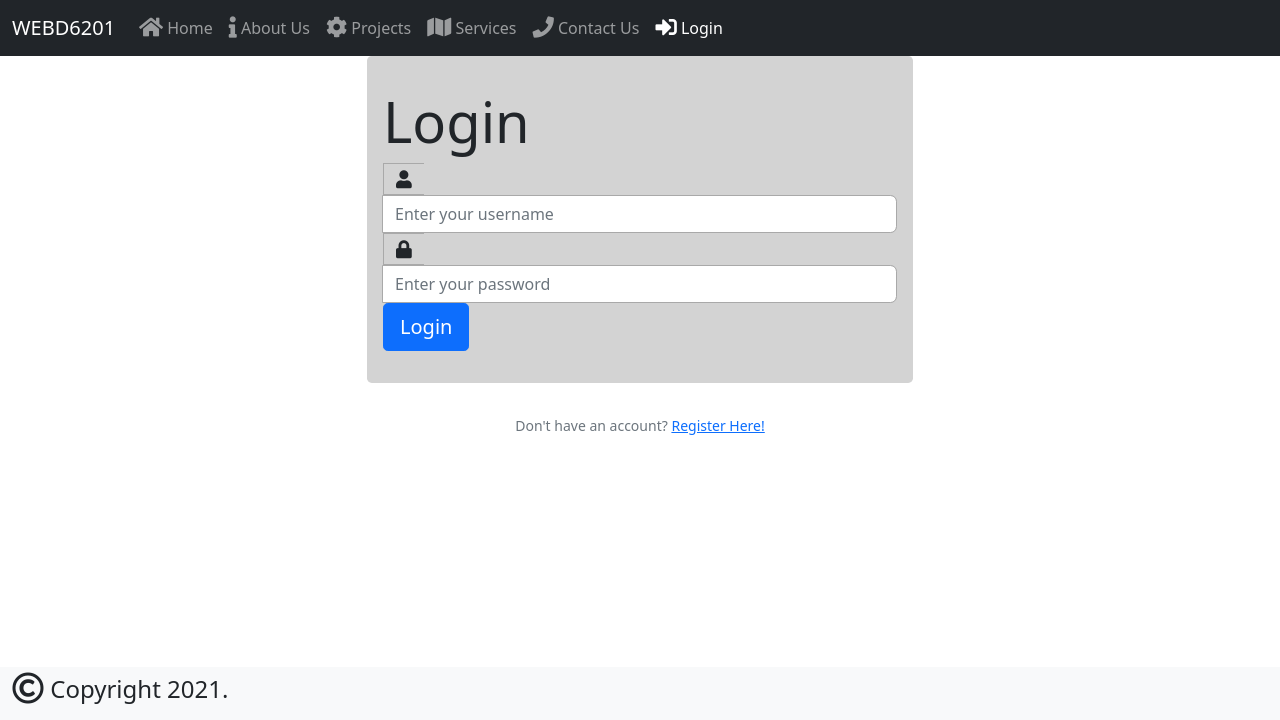
Repository: GarlicButterBoy/WEBD6201-ICE05
Page: login.html
The author's editor kept a copy of each file at every save. The page is drawn from the files as they stood at one save, then again after the next save.
The browser window is 1280 px wide. The pictures show the whole page.

Above is the page before, as saved 2021-02-17 09:38:49.

### login.html
<!DOCTYPE html>
<html lang="en">
<head>
    <meta charset="UTF-8">
    <meta name="viewport" content="width=device-width, initial-scale=1.0">
    <title>Login</title>
    <!-- CSS Section -->
    <link rel="stylesheet" href="./node_modules/bootstrap/dist/css/bootstrap.min.css">
    <link rel="stylesheet" href="./node_modules/@fortawesome/fontawesome-free/css/all.min.css">
    <link rel="stylesheet" href="./Content/app.css">
</head>
<body>
    <!-- Main Header -->
    <header>
        <!-- Main Navigation -->
        <nav class="navbar navbar-expand-lg navbar-dark bg-dark">
            <div class="container-fluid">
              <a class="navbar-brand" href="index.html">WEBD6201</a>
              <button class="navbar-toggler" type="button" data-bs-toggle="collapse" data-bs-target="#navbarSupportedContent" aria-controls="navbarSupportedContent" aria-expanded="false" aria-label="Toggle navigation">
                <span class="navbar-toggler-icon"></span>
              </button>
              <div class="collapse navbar-collapse" id="navbarSupportedContent">
                <ul class="navbar-nav me-auto mb-2 mb-lg-0">
                  <li class="nav-item">
                    <a class="nav-link" aria-current="page" href="index.html"><i class="fas fa-home fa-lg"></i> Home</a>
                  </li>

                  <li class="nav-item">
                    <a class="nav-link" aria-current="page" href="about.html"><i class="fas fa-info fa-lg"></i> About Us</a>
                  </li>

                  <li class="nav-item">
                    <a class="nav-link" aria-current="page" href="projects.html"><i class="fas fa-cog fa-lg"></i> Projects</a>
                  </li>

                  <li class="nav-item">
                    <a class="nav-link" aria-current="page" href="services.html"><i class="fas fa-map fa-lg"></i> Services</a>
                  </li>

                  <li class="nav-item">
                    <a class="nav-link" aria-current="page" href="contact.html"><i class="fas fa-phone fa-lg"></i> Contact Us</a>
                  </li>
                  <li id="login" class="nav-item">
                    <a class="nav-link active" aria-current="page" href="login.html"><i class="fas fa-sign-in-alt fa-lg"></i> Login</a>
                  </li>
                </ul>
              </div>
            </div>
          </nav>
    </header>

    <!-- Main Content -->
    <main class="container" id="mainContent">
      <div class="row">
          <div class="offset-md-3 col-md-6 col-sm-12">
                <div class="login" id="contentArea">
                    <h1 class="display-4">Login</h1>
                    <form id="loginForm" novalidate>

                      <div class="form-group">
                        <div class="input-group">
                          <span class="input-group-addon">
                            <i class="fa fa-user">
                            </i>
                          </span>
                          <input type="text" class="form-control" id="contactName" name="username"  required
                          value="" placeholder="Enter your username">
                        </div>

                      </div>

                      <div class="form-group">
                        <div class="input-group">
                          <span class="input-group-addon">
                            <i class="fa fa-lock">
                            </i>
                          </span>
                          <input type="password" class="form-control" id="password" name="password"  required
                          value="" placeholder="Enter your password">
                        </div>

                      </div>
                      <div class="text-right">
                        <button id="submitButton" type="submit" class="btn btn-primary btn-lg">Login</button>
                      </div>
                    </form>

                </div>
                <p class="text-center text-muted small">
                  Don't have an account?
                  <a href="register.html">Register Here!</a>
                </p>
          </div>
      </div>
  </main>

    <!-- Main Footer -->
    <footer>
        <nav class="navbar fixed-bottom navbar-light bg-light">
            <div class="container-fluid">
              <h4><i class="far fa-copyright fa-lg"></i> Copyright 2021.</h4>
            </div>
          </nav>
    </footer>

    <!-- Script Section-->
    <script src="./node_modules/jquery/dist/jquery.min.js"></script>
    <script src="./node_modules/bootstrap/dist/js/bootstrap.bundle.min.js"></script>

    <script src="./Scripts/namespace.js"></script>
    <script src="./Scripts/user.js"></script>
    <script src="./Scripts/app.js"></script>

</body>
</html>

### Content/app.css
/* custom css goes here */
.input-group-addon:first-child
{
    border-right: 0;
}

.input-group-addon
{
    padding: 6px 12px;
    font-size: 14px;
    font-weight: 400;
    line-height: 1;
    text-align: center;
    border: 1px solid darkgrey;
    border-radius: 4xpx;
}

.input-group-addon .fa
{
    font-size: 18px;
}

.input-group .form-control
{
    position:relative;
    z-index: 2;
    float:left;
    width: 100%;
    margin-bottom: 0;
}

.input-group .form-control:last-child
{
    border-top-left-radius: 0;
    border-bottom-left-radius: 0;
}



.login
{
    padding: 2rem 1rem;
    margin-bottom: 2rem;
    background-color: lightgrey;
    border-radius: .3rem;
}

.login input
{
    background-color: white;
    border-color: darkgrey;
    border-radius: .4em;
    width: 100%;
}

### Scripts/namespace.js

//namespace core
let core;

### Scripts/user.js
"use strict";
// User Class

((core)=>
{
  class User
  {
    // getters and setters
    get DisplayName()
    {
      return this.m_displayName;
    }

    set DisplayName(value)
    {
      this.m_displayName = value;
    }

    get EmailAddress()
    {
      return this.m_emailAddress;
    }

    set EmailAddress(value)
    {
      this.m_emailAddress = value;
    }

    get Username()
    {
      return this.m_username;
    }

    set Username(value)
    {
      this.m_username = value;
    }

    get Password()
    {
      return this.m_password;
    }

    set Password(value)
    {
      this.m_password = value;
    }

    // constructor

    /**
     * Creates an instance of User.
     * @param {string} [displayName=""]
     * @param {string} [emailAddress=""]
     * @param {string} [username=""]
     * @param {string} [password=""]
     */
    constructor(displayName = "", emailAddress = "", username = "", password="")
    {
      this.DisplayName = displayName;
      this.EmailAddress = emailAddress;
      this.Username = username;
      this.Password = password;
    }

    // methods

    /**
     * This method overrides the built-in toString method for the User class
     *
     * @returns {string}
     */
    toString()
    {
      return `Display Name     : ${this.DisplayName} \nEmail Address : ${this.EmailAddress} \nUsername : ${this.Username}`;
    }

    /**
     * This method returns a JSON object made up of the properties of the User class
     *
     * @returns {Object}
     */
    toJSON()
    {
      return {
        "DisplayName": this.DisplayName,
        "EmailAddress": this.EmailAddress,
        "Username": this.Username
      }
    }

    /**
     * This method takes a JSON data object and assigns the values to the User class properties
     *
     * @param {Object} data
     */
    fromJSON(data)
    {
      this.DisplayName = data.DisplayName;
      this.EmailAddress = data.EmailAddress;
      this.Username = data.Username;
      this.Password = data.Password;
    }

    /**
     * This method converts the User into a comma-separated value string
     *
     * @returns {string}
     */
    serialize()
    {
      if(this.DisplayName !== "" && this.EmailAddress !== "" && this.Username !== "")
      {
        return `${this.DisplayName},${this.EmailAddress},${this.Username}`;
      }
      else
      {
        console.error("One or more properties of the User is empty");
        return null;
      }
    }

    /**
     * This method takes a comma-separated data string and assigns the values to the User class properties
     *
     * @param {string} data
     * @return {void}
     */
    deserialize(data)
    {
      let propertyArray = data.split(",");
      this.DisplayName = propertyArray[0];
      this.EmailAddress = propertyArray[1];
      this.Username = propertyArray[2];
    }
  }

  core.User = User;

})(core || (core={}));

### Scripts/app.js
/* custom JavaScript goes here */

//IIFE - Immediately Invoked Function Expression
//AKA - Anonymous Self-Executing Function
//Closure - limits scope leak

"use strict";
/* Example of a class being created with brand new functions
let myContact =
{
  "firstName":"Nick SF",
  "contactNumber":"905-123-4567",
  "emailAddress":"email@test.com",
  "saysHello":function() { console.log(`${fullName} says Hello!`); },
  "someOtherObject":{  "friendsList":["Tony", "Stephen", "Peter"]  }

};*/

((core) =>
{
    function displayHome()
    {
/*
      $("button").on("mouseover", function(){
        console.log("JQuery Click");
      });

      let myButton = document.querySelectorAll("button")[1];
      myButton.addEventListener("click", () => {
        console.log("Button Clicked!");
      });
*/
      //console.log(myButton);

        let paragraphOneText =
          "This is a simple site to demonstrate DOM Manipulation for ICE 1";

        let paragraphOneElement = document.getElementById("paragraphOne");

        paragraphOneElement.textContent = paragraphOneText;
        paragraphOneElement.className = "fs-5";

        // Step 1. document.createElement
        let newParagraph = document.createElement("p");
        // Step 2. configure the element
        newParagraph.setAttribute("id", "paragraphTwo");
        newParagraph.textContent = "...And this is paragraph two";
        // Step 3. select the parent element
        let mainContent = document.getElementsByTagName("main")[0];
        // Step 4. Add / Insert the element
        mainContent.appendChild(newParagraph);

        newParagraph.className = "fs-6";

        // another way of injecting content
        let paragraphDiv = document.createElement("div");
        let paragraphThree = `<p id="paragraphThree" class="fs-7 fw-bold">And this is the Third Paragraph</p>`;
        paragraphDiv.innerHTML = paragraphThree;

        // insertions

        // example of inserting before a node
        //newParagraph.before(paragraphDiv);

        // example of inserting after a node
        newParagraph.after(paragraphDiv);

        // deletions

        // example of removing a single element
        //paragraphOneElement.remove();

        // example of removeChild
        mainContent.removeChild(paragraphOneElement);

        // update / modification
        //mainContent.firstElementChild.textContent = "Welcome Home!";

        mainContent.innerHTML = `<h1 id="firstHeading">Welcome to WEBD6201 - Lab 1</h1>
         <p id="paragraphOne" class="fs-3 fw-bold">This is my first Paragraph</p>
        `;

    }

    function displayAbout()
    {

    }

    function displayProjects()
    {

    }

    function displayServices()
    {

    }

    function displayContact()
    {
        TestFullName();
        TestContactNumber();
        TestEmailAddress();

        //let fullName = document.getElementById("fullName");
        //fullName.addEventListener("blur", function() {});

        $("#sendButton").on("click", (event)=>
        {
          if ($("#subscribeCheckbox")[0].checked)
          {
            let contact = new core.Contact(fullName.value, contactNumber.value, emailAddress.value);
            if(contact.serialize()) //checking if the serialized object exists
            {
              let key = contact.FullName.substring(0, 1) + Date.now();

              localStorage.setItem(key, contact.serialize());
            }
          }
        });


    }
    function displayContactList()
    {
      /*
      //Step 1: Create an XHR Object
      let XHR = new XMLHttpRequest();

      //Step 2: Open the connection to file/url
      XHR.open("GET", "./Data/contacts.json");

      //Step 3: Send request to the server
      XHR.send();

      //Step 4: Listen for a response
      XHR.addEventListener("readystatechange", function()
      {
        let contactData = "";
        //Step 5: Ensure the server is ready and there are no errors
        if (XHR.readyState === 4 && XHR.status === 200)
        {
          let contacts = JSON.parse(XHR.responseText).contacts;


          let contactIndex = 0;

          //Step 6: Do something with the data
          for (const contact of contacts)
          {

            let newContact = new core.Contact();
            newContact.fromJSON(contact);

            contactData += `<tr>
                    <th scope="row">${contactIndex}</th>
                    <td>${newContact.FullName}</td>
                    <td>${newContact.ContactNumber}</td>
                    <td>${newContact.EmailAddress}</td>
                    <td class="text-center"><button class="btn btn-primary btn-sm edit" value="${contactIndex}"><i class="fas fa-sm fa-edit"></i> Edit</button></td>
                    <td class="text-center"><button class="btn btn-warning btn-sm delete" value="${contactIndex}"><i class="fas fa-sm fa-trash-alt"></i> Delete</button></td>
                    </tr>`;
            contactIndex++;
          }
          //console.log(JSON.parse(XHR.responseText));


        }

      });
      */
      //console.log("outside the event listener" + XHR.responseText);

      if(localStorage.length > 0)
      {
        let contactList = document.getElementById("contactList");

        let data = "";
        let keys = Object.keys(localStorage);

        let index = 1;

        for (const key of keys)
        {
          console.log(key);
          let contactData = localStorage.getItem((key).toString());

          console.log(contactData);

          let contact = new core.Contact();
          contact.deserialize(contactData);

          data += `<tr>
                  <th scope="row">${index}</th>
                  <td>${contact.FullName}</td>
                  <td>${contact.ContactNumber}</td>
                  <td>${contact.EmailAddress}</td>
                  <td class="text-center"><button class="btn btn-primary btn-sm edit" value="${key}"><i class="fas fa-sm fa-edit"></i> Edit</button></td>
                  <td class="text-center"><button class="btn btn-warning btn-sm delete" value="${key}"><i class="fas fa-sm fa-trash-alt"></i> Delete</button></td>
                  </tr>`;
          index++;
        }

        contactList.innerHTML = data;
        //TODO: Create an Edit page
        $("button.edit").on("click", function()
        {
          location.href = "edit.html#" + $(this).val();
        });


        $("button.delete").on("click", function()
        {
          if(confirm("Are you sure?"))
          {
            localStorage.removeItem($(this).val());
          }
          location.href = "contact-list.html";
        });

        $("#addButton").on("click", function()
        {
          location.href = "edit.html";
        })
      }


    }
    function displayEdit()
    {

      let key = location.hash.substring(1);

      let contact = new core.Contact();

      //Simple check to ensure the key is not empty
      if(key != "")
      {
        //get contact info from localStorage
        contact.deserialize(localStorage.getItem(key));
        //Display contact info
        $("#fullName").val(contact.FullName);
        $("#contactNumber").val(contact.ContactNumber);
        $("#emailAddress").val(contact.EmailAddress);
      }
      else
      {
        //modify the page so its an add, not an edit
        $("main>h1").text("Add Contact");
        $("#editButton").html(`<i class="fas fa-plus-square fa-lg"></i> Add`)

      }

      TestFullName();
      TestContactNumber();
      TestEmailAddress();

      //Edit Button
      $("#editButton").one("click", function()
      {

        if (document.forms[0].checkValidity())
        {
          //If key is empty, make new one
        if (key == "")
        {
          key = contact.FullName.substring(0, 1) + Date.now();
        }

        //Update the contact info using the newly typed data
        contact.FullName = $("#fullName").val();
        contact.ContactNumber = $("#contactNumber").val();
        contact.EmailAddress = $("#emailAddress").val();

        //Update localStorage
        localStorage.setItem(key, contact.serialize());
         //Navigate back to the contact-list.html
         location.href = "contact-list.html";
        }

      });
      //Cancel Button
      $("#cancelButton").on("click", function()
      {
        //return to contact-list.html
        location.href = "contact-list.html";
      });

    }

    function TestContactNumber()
    {
      let messageArea = $("#messageArea");
      let contactNumberPattern = /^(\+\d{1,2}\s)?\(?\d{3}\)?[\s.-]\d{3}[\s.-]\d{4}$/;
      // form validation
      $("#contactNumber").on("blur", function()
      {


        if(!contactNumberPattern.test($(this).val()))
          {
              //JQuery example of the lines below
             $(this).trigger("focus").trigger("select");
             messageArea.show().addClass("alert alert-danger").text("Please enter a valid phone number.");
          }
          else
          {
             //JQuery example of the line below
              messageArea.removeAttr("class").hide();
             //messageArea.hidden = true;
             //messageArea.removeAttribute("class");
          }
      });
    }

    function TestEmailAddress()
    {
      let messageArea = $("#messageArea");
      let emailAddressPattern = /^([a-zA-Z0-9._%-]+@[a-zA-Z0-9.-]+\.[a-zA-Z]{2,6})*$/;
      // form validation
      $("#emailAddress").on("blur", function()
      {


        if(!emailAddressPattern.test($(this).val()))
          {
              //JQuery example of the lines below
             $(this).trigger("focus").trigger("select");
             messageArea.show().addClass("alert alert-danger").text("Please enter a valid email address.");
          }
          else
          {
             //JQuery example of the line below
              messageArea.removeAttr("class").hide();
             //messageArea.hidden = true;
             //messageArea.removeAttribute("class");
          }
      });
    }

    function TestFullName()
    {
      //This is the same as below
      let messageArea = $("#messageArea").hide();
      let fullNamePattern = /([A-Z][a-z]{1,25})+(\s|,|-)([A-Z][a-z]{1,25})+(\s|,|-)*/;
      // form validation
      $("#fullName").on("blur", function()
      {


        if(!fullNamePattern.test($(this).val()))
          {
              //JQuery example of the lines below
             $(this).trigger("focus").trigger("select");
             messageArea.show().addClass("alert alert-danger").text("Please enter a valid Full Name. Must have a first and last name, starting with capital letters.");
          }
          else
          {
             //JQuery example of the line below
              messageArea.removeAttr("class").hide();
             //messageArea.hidden = true;
             //messageArea.removeAttribute("class");
          }
      });
  }

  function displayLogin()
  {

  }

  function displayRegister()
  {

  }

    function Start()
    {
        console.log("App Started...");




        switch (document.title)
        {
          case "Home":
              displayHome();
            break;
          case "About":
              displayAbout();
            break;
          case "Projects":
              displayProjects();
            break;
          case "Services":
              displayServices();
            break;
          case "Contact":
              displayContact();
            break;
          case "Contact-List":
              displayContactList();
              break;
          case "Edit":
              displayEdit();
            break;
          case "Login":
              displayLogin();
            break;
          case "Register":
              displayRegister();
            break;
        }

    }

    window.addEventListener("load", Start);

    core.Start = Start;


})  (core || (core={}));

Loaded but not shown: node_modules/bootstrap/dist/css/bootstrap.min.css (library); node_modules/@fortawesome/fontawesome-free/css/all.min.css (library); node_modules/jquery/dist/jquery.min.js (library); node_modules/bootstrap/dist/js/bootstrap.bundle.min.js (library)

After the next save:
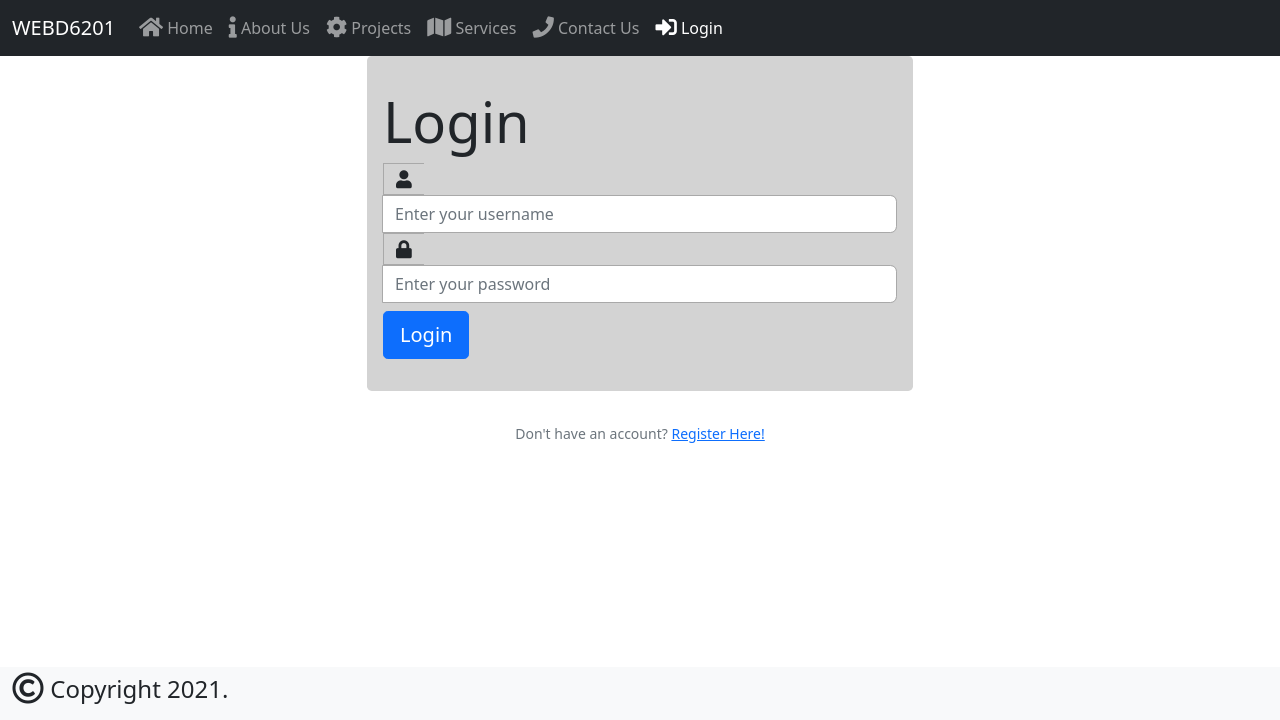
Saved 22 h 35 min later.
--- a/login.html
+++ b/login.html
@@ -69,7 +69,7 @@
 
                       </div>
 
-                      <div class="form-group">
+                      <div class="form-group mb-2">
                         <div class="input-group">
                           <span class="input-group-addon">
                             <i class="fa fa-lock">
